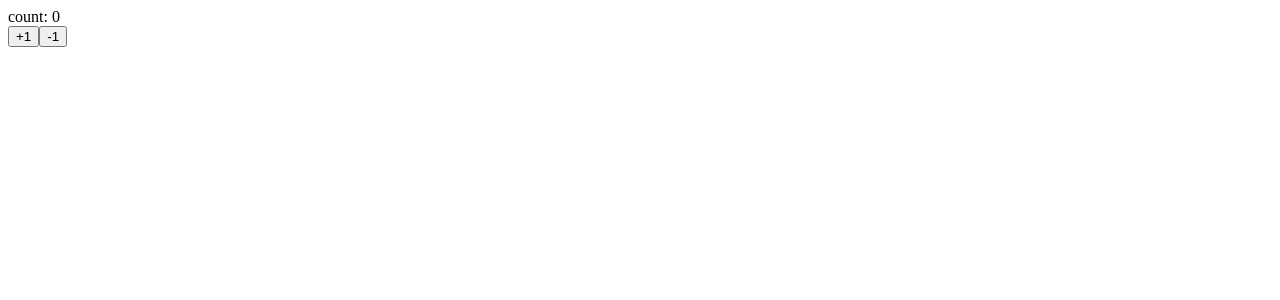
Repository: yujiuehara/my-app
Page: /
The author's editor kept a copy of each file at every save. The page is drawn from the files as they stood at one save, then again after the next save.
The browser window is 1280 px wide. The pictures show the whole page.
The project was rebuilt for these pictures with package versions that can differ from the ones it lists, and the page was loaded fresh each time.

Above is the page before, as saved 2020-05-03 23:11:20.

### src/App.js
import React, {useState} from 'react'

const App = ()=> {
  const [count, setCount] = useState(0)

  const increment = () => {
    return (
      setCount(count + 1)
    )
  }

  const decrement = () => {
    return (
      setCount(count - 1)
    )
  }

  return (
    <>
    <div>count: {count}</div>
    <button onClick={increment}>+1</button>
    <button onClick={decrement}>-1</button>
    </>
  );
}

export default App

Loaded but not shown: public/index.html (common file); src/index.js (common file)

After the next save:
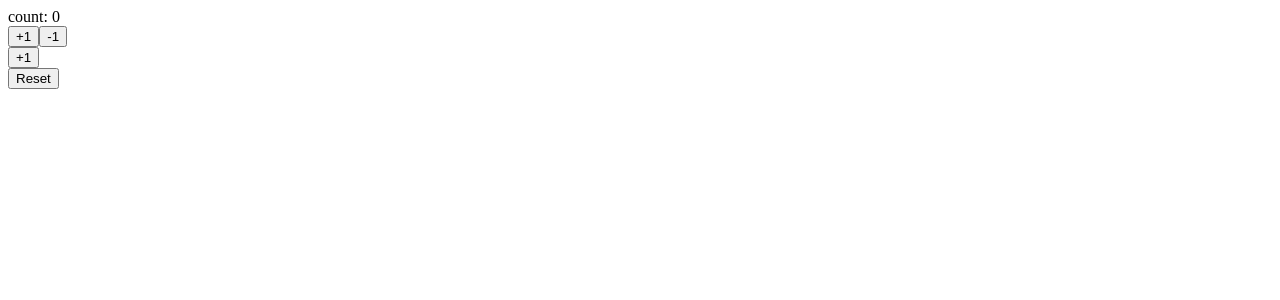
Saved 13 min 37 s later.
--- a/src/App.js
+++ b/src/App.js
@@ -15,11 +15,29 @@ const App = ()=> {
     )
   }
 
+  const increment2 = () => {
+    return (
+      setCount(previousCount => previousCount + 1)
+    )
+  }
+
+  const reset = () => {
+    return(
+      setCount(count - count)
+    )
+  }
+
   return (
     <>
     <div>count: {count}</div>
-    <button onClick={increment}>+1</button>
-    <button onClick={decrement}>-1</button>
+      <button onClick={increment}>+1</button>
+      <button onClick={decrement}>-1</button>
+    <div>
+      <button onClick={increment2}>+1</button>
+    </div>
+    <div>
+      <button onClick={reset}>Reset</button>
+    </div>
     </>
   );
 }
